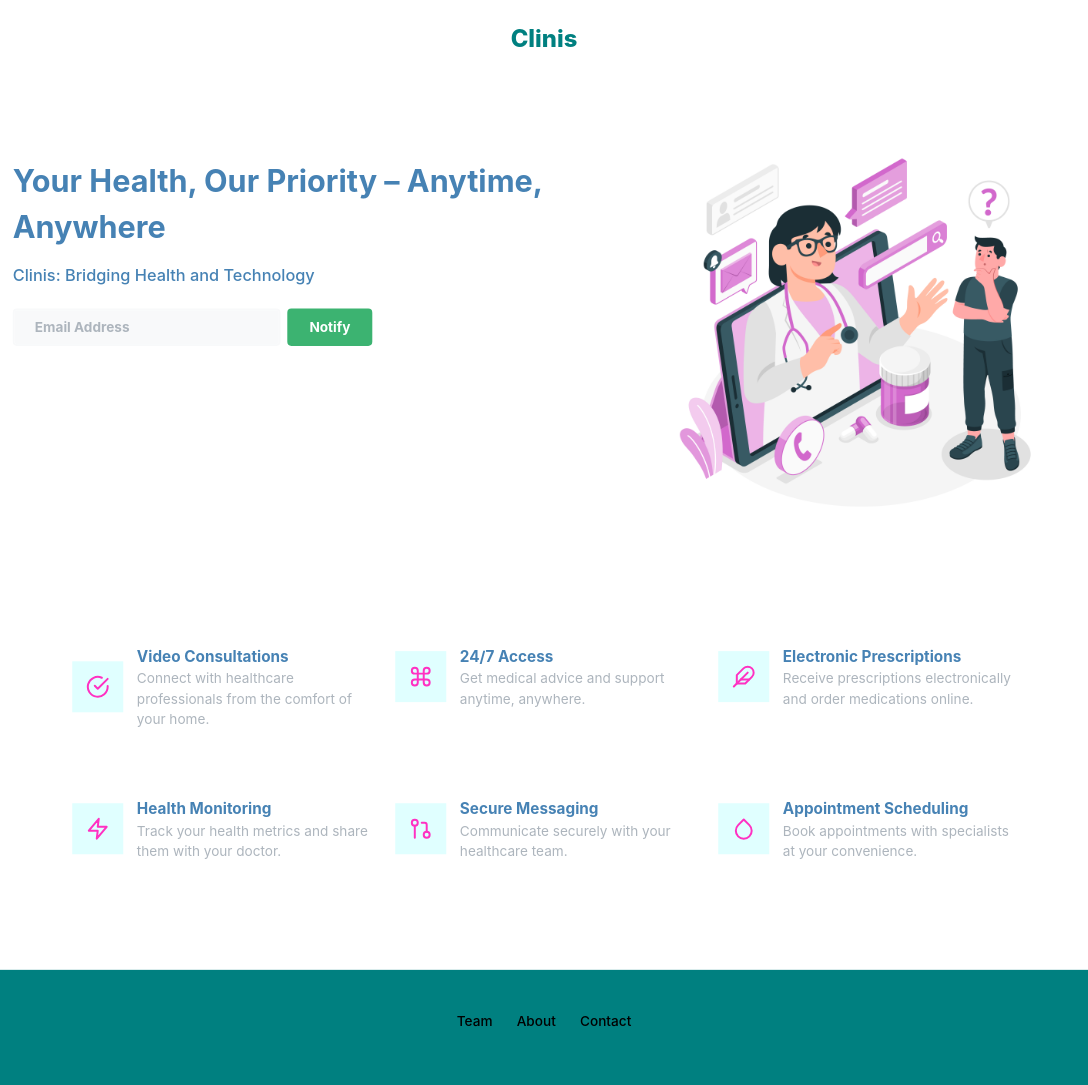
Repository: Rupak09/demo1
Page: index.html
An editor plug-in stored every save of this project. The page is shown before and after the next save, followed by the edit.
The browser window is 1280 px wide. The pictures show the whole page, at 85% of full size.
Some web fonts or font styles are not loaded; a fallback is used. Some web libraries are served in a nearby version.

Above is the page before, as saved 2024-12-28 14:32:02.

### index.html
<!doctype html>
<html lang="en">
<head>
    <!-- Required meta tags -->
    <meta charset="utf-8">
    <meta name="viewport" content="width=device-width, initial-scale=1, shrink-to-fit=no">
    <title>Clinis</title>
    <meta name="description" content="Clinis - People's most recommended telemedicine app."/>

    <!-- Google font -->
    <link href="https://fonts.googleapis.com/css?family=K2D:300,400,500,700,800" rel="stylesheet">

    <!-- Bootstrap CSS / Color Scheme -->
    <link rel="stylesheet" href="css/bootstrap.css">
    <style>
        body {
            background-color: #ffffff; /* Alice Blue */
            color: #2f4f4f; /* Dark Slate Gray */
        }
        .heading-brand {
            color: #008080; /* Teal */
        }
        h1, .lead, .title {
            color: #4682b4; /* Steel Blue */
        }
        .btn-primary {
            background-color: #3cb371; /* Medium Sea Green */
            border-color: #3cb371;
        }
        .btn-primary:hover {
            background-color: #2e8b57; /* Sea Green */
            border-color: #2e8b57;
        }
        .icon-box-inner {
            background-color: #e0ffff; /* Light Cyan */
        }
        .icon-box-inner span {
            color: #20b2aa; /* Light Sea Green */
        }
        footer {
            background-color: #008080; /* Teal */
            color: #ffffff; /* White */
        }
        a {
            color: #008b8b; /* Dark Cyan */
        }
        a:hover {
            color: #20b2aa; /* Light Sea Green */
        }
        @media (max-width: 768px) {
            h1 {
                font-size: 1.8rem;
            }
            .lead {
                font-size: 1rem;
            }
            .form-inline {
                flex-direction: column;
            }
            .form-inline .form-group, .form-inline .btn-primary {
                width: 100%;
                margin-bottom: 0.5rem;
            }
        }
    </style>
</head>
<body>

<!-- Header Section -->
<section class="pt-4 pb-5">
    <div class="container-fluid">
        <div class="row">
            <div class="col-12 text-center">
                <div class="heading-brand">Clinis</div>
            </div>
        </div>
        <div class="row mt-6">
            <div class="col-md-7 order-3 order-md-1 mid">
                <p class="lead mb-4"></p>
                <h1>Your Health, Our Priority – Anytime, Anywhere</h1>
                <p class="lead mb-4">
                    Clinis: Bridging Health and Technology
                </p>
                <form class="form-inline">
                    <div class="form-group mr-md-2 mb-2 mb-md-0">
                        <label for="email" class="sr-only">Email</label>
                        <input type="email" class="form-control" id="email" placeholder="Email Address">
                    </div>
                    <button type="submit" class="btn btn-primary">Notify</button>
                </form>
            </div>
            <div class="col-md-5 order-1 order-md-2">
                <img alt="Mockup" class="img-fluid mx-auto d-block" src="img/mockup.jpg" style="max-width: 90%;">
            </div>
        </div>
    </div>
</section>

<!-- Features Section -->
<section class="py-5">
    <div class="container">
        <div class="row feature-grid">
            <div class="col-md-4 col-sm-6">
                <div class="media">
                    <div class="icon-box">
                        <div class="icon-box-inner">
                            <span data-feather="check-circle" width="28" height="28"></span>
                        </div>
                    </div>
                    <div class="media-body">
                        <div class="title">Video Consultations</div>
                        <div class="sub-title">Connect with healthcare professionals from the comfort of your home.</div>
                    </div>
                </div>
            </div>
            <div class="col-md-4 col-sm-6">
                <div class="media">
                    <div class="icon-box">
                        <div class="icon-box-inner">
                            <span data-feather="command" width="28" height="28"></span>
                        </div>
                    </div>
                    <div class="media-body">
                        <div class="title">24/7 Access</div>
                        <div class="sub-title">Get medical advice and support anytime, anywhere.</div>
                    </div>
                </div>
            </div>
            <div class="col-md-4 col-sm-6">
                <div class="media">
                    <div class="icon-box">
                        <div class="icon-box-inner">
                            <span data-feather="feather" width="28" height="28"></span>
                        </div>
                    </div>
                    <div class="media-body">
                        <div class="title">Electronic Prescriptions</div>
                        <div class="sub-title">Receive prescriptions electronically and order medications online.</div>
                    </div>
                </div>
            </div>
            <div class="col-md-4 col-sm-6">
                <div class="media">
                    <div class="icon-box">
                        <div class="icon-box-inner">
                            <span data-feather="zap" width="28" height="28"></span>
                        </div>
                    </div>
                    <div class="media-body">
                        <div class="title">Health Monitoring</div>
                        <div class="sub-title">Track your health metrics and share them with your doctor.</div>
                    </div>
                </div>
            </div>
            <div class="col-md-4 col-sm-6">
                <div class="media">
                    <div class="icon-box">
                        <div class="icon-box-inner">
                            <span data-feather="git-pull-request" width="28" height="28"></span>
                        </div>
                    </div>
                    <div class="media-body">
                        <div class="title">Secure Messaging</div>
                        <div class="sub-title">Communicate securely with your healthcare team.</div>
                    </div>
                </div>
            </div>
            <div class="col-md-4 col-sm-6">
                <div class="media">
                    <div class="icon-box">
                        <div class="icon-box-inner">
                            <span data-feather="droplet" width="28" height="28"></span>
                        </div>
                    </div>
                    <div class="media-body">
                        <div class="title">Appointment Scheduling</div>
                        <div class="sub-title">Book appointments with specialists at your convenience.</div>
                    </div>
                </div>
            </div>
        </div>
    </div>
</section>

<!-- Footer -->
<footer class="py-5">
    <div class="container">
        <div class="row">
            <div class="col-12 text-center">
                <ul class="list-inline">
                    <li class="list-inline-item"><a href="#">Team</a></li>
                    <li class="list-inline-item"><a href="#">About</a></li>
                    <li class="list-inline-item"><a href="#">Contact</a></li>
                </ul>
            </div>
        </div>
    </div>
</footer>

<!-- jQuery first, then Popper.js, then Bootstrap JS -->
<script src="https://code.jquery.com/jquery-3.2.1.min.js"></script>
<script src="https://cdnjs.cloudflare.com/ajax/libs/feather-icons/4.7.3/feather.min.js"></script>
<script src="js/scripts.js"></script>
</body>
</html>

Loaded but not shown: css/bootstrap.css (library); js/scripts.js (common file)

After the next save:
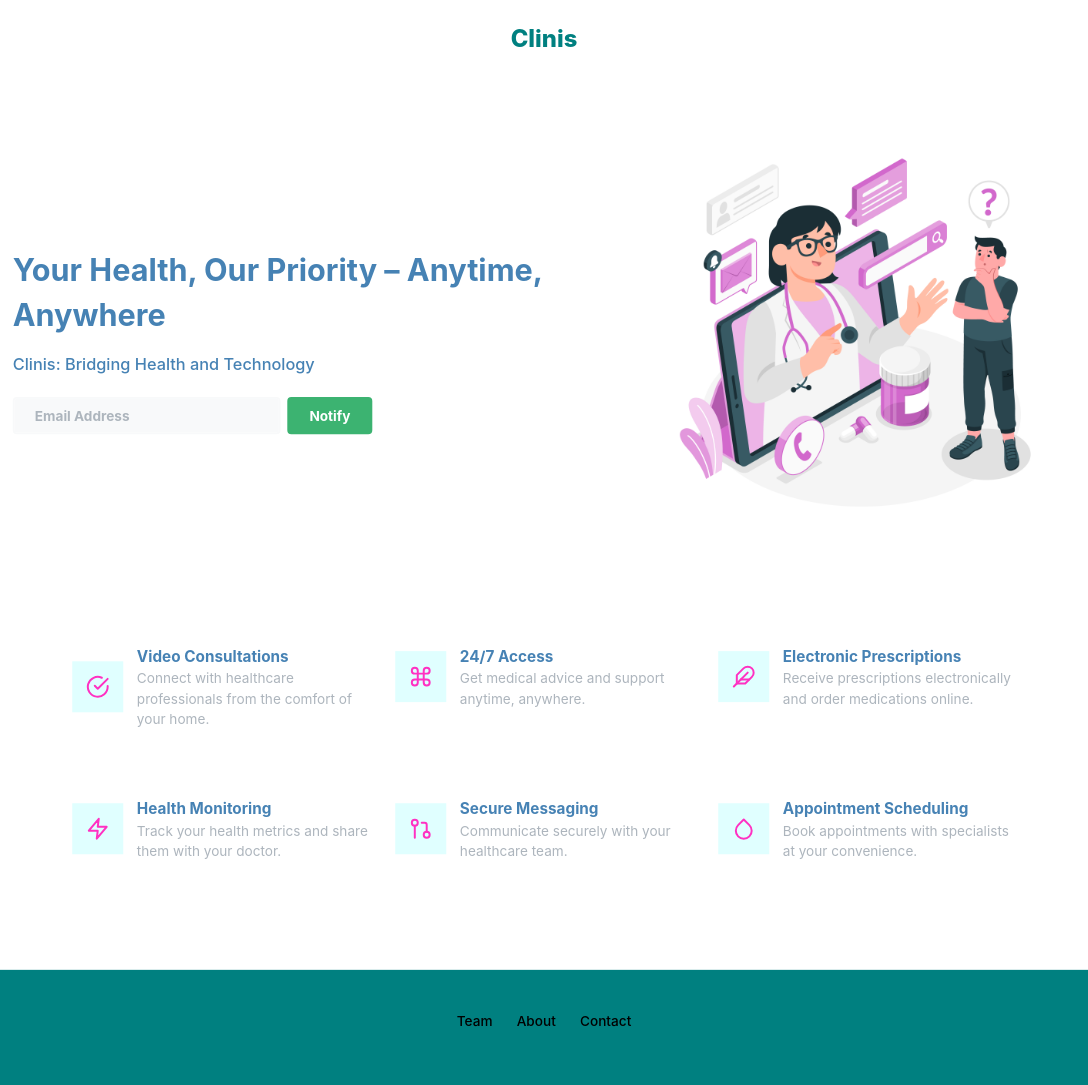
Saved 13 s later.
--- a/index.html
+++ b/index.html
@@ -75,7 +75,7 @@
             </div>
         </div>
         <div class="row mt-6">
-            <div class="col-md-7 order-3 order-md-1 mid">
+            <div class="col-md-7 order-3 order-md-1 my-auto">
                 <p class="lead mb-4"></p>
                 <h1>Your Health, Our Priority – Anytime, Anywhere</h1>
                 <p class="lead mb-4">
